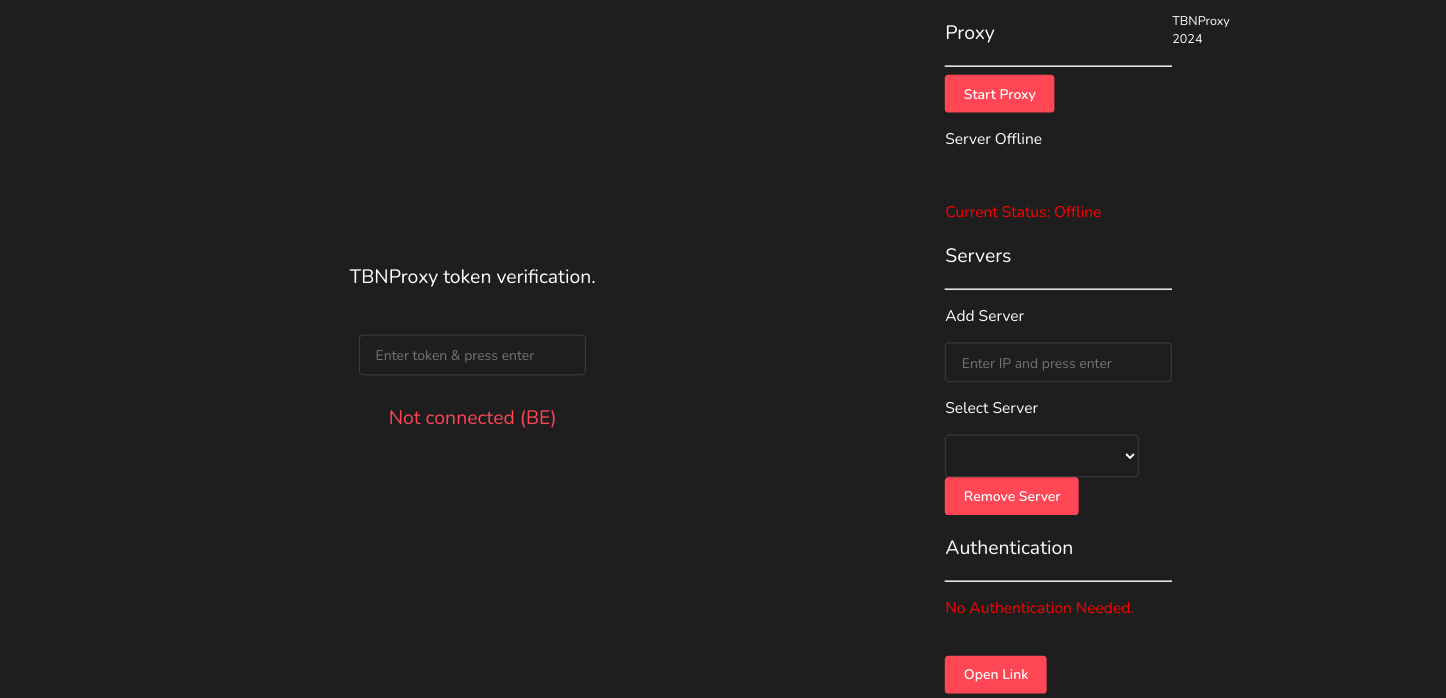
Repository: txdr/TBNProxyJS
Page: smdjd/desktop-views/index.html
These files come from the project's save history. The page is drawn as it stood at one moment and after the next save; the edit follows.
The browser window is 1280 px wide. The page is 1280 px wide, then 1491 px, so the pictures cover 1491 px, including what lies to the right of the window. The pictures show the whole page, at 97% of full size.
The page's requests for data from a server got no answer.

Above is the page before, as saved 2025-01-07 16:38:16.
Console error: TypeError: Cannot read properties of undefined (reading 'value')

After the next save:
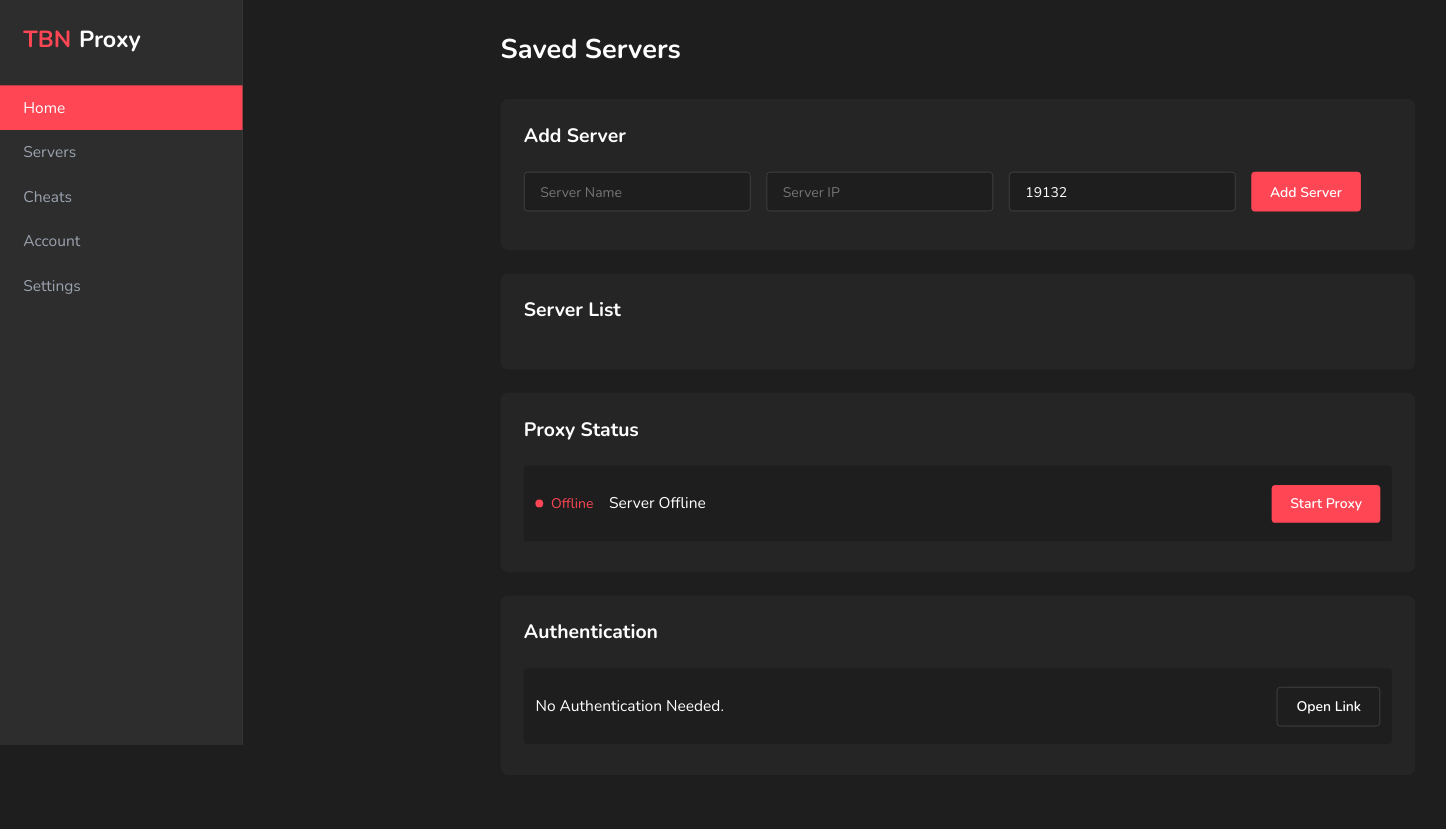
Console error: TypeError: Cannot read properties of null (reading 'addEventListener')
Saved 27 s later.
--- a/smdjd/desktop-views/index.html
+++ b/smdjd/desktop-views/index.html
@@ -10,37 +10,95 @@
 
 <body>
     <div id="token">
-        <p>TBNProxy token verification.</p> <br/>
-        <input id="tokenInput" placeholder="Enter token & press enter"> <br/>
+        <p>TBNProxy token verification</p>
+        <input id="tokenInput" placeholder="Enter token & press enter">
         <p id="verification-error">Not connected (BE)</p>
     </div>
 
+    <!-- Main Application Layout -->
     <div id="home">
-        <div id="proxy" class="infoBox">
-            <p style="font-size: 20px;">Proxy</p> <hr/>
-            <button id="proxyStart" onclick="proxyStart()">Start Proxy</button>
-            <p id="serverInfo">Server Offline</p> <br />
-            <p id="proxyStatus" style="color: red;">Current Status: Offline</p>
+        <!-- Sidebar Navigation -->
+        <div class="sidebar">
+            <div class="logo">
+                <span>TBN</span><span>Proxy</span>
+            </div>
+            <a href="#" class="nav-item active">
+                <span>Home</span>
+            </a>
+            <a href="#" class="nav-item">
+                <span>Servers</span>
+            </a>
+            <a href="#" class="nav-item">
+                <span>Cheats</span>
+            </a>
+            <a href="#" class="nav-item">
+                <span>Account</span>
+            </a>
+            <a href="#" class="nav-item">
+                <span>Settings</span>
+            </a>
         </div>
 
-        <div id="servers" class="infoBox">
-            <p style="font-size: 20px;">Servers</p> <hr/>
-            <p>Add Server</p>
-            <input id="addServer" placeholder="Enter IP and press enter">
-            <p>Select Server</p>
-            <select id="serverSelect"></select> <br/>
-            <button onclick="removeServer()">Remove Server</button>
+        <!-- Main Content Area -->
+        <div class="main-content">
+            <div class="content-header">
+                <h1>Saved Servers</h1>
+            </div>
+
+            <!-- Server Management Section -->
+            <div class="server-section">
+                <div class="server-header">
+                    <h2>Add Server</h2>
+                </div>
+                <div class="server-inputs">
+                    <input type="text" placeholder="Server Name" id="serverName">
+                    <input type="text" placeholder="Server IP" id="serverIP">
+                    <input type="text" placeholder="Port" id="serverPort" value="19132">
+                    <button onclick="addServer()">Add Server</button>
+                </div>
+            </div>
+
+            <!-- Server List Section -->
+            <div class="server-section">
+                <div class="server-header">
+                    <h2>Server List</h2>
+                </div>
+                <div class="server-list" id="serverList">
+                    <!-- Server items will be dynamically added here -->
+                </div>
+            </div>
+
+            <!-- Proxy Status Section -->
+            <div class="server-section">
+                <div class="server-header">
+                    <h2>Proxy Status</h2>
+                </div>
+                <div class="server-item">
+                    <div class="server-item-info">
+                        <div class="status-indicator status-offline" id="proxyStatus">Offline</div>
+                        <p id="serverInfo">Server Offline</p>
+                    </div>
+                    <div class="server-item-actions">
+                        <button id="proxyStart" onclick="proxyStart()">Start Proxy</button>
+                    </div>
+                </div>
+            </div>
+
+            <!-- Authentication Section -->
+            <div class="server-section">
+                <div class="server-header">
+                    <h2>Authentication</h2>
+                </div>
+                <div class="server-item">
+                    <div class="server-item-info">
+                        <p id="authMessage">No Authentication Needed.</p>
+                    </div>
+                    <div class="server-item-actions">
+                        <button id="openLink" class="secondary">Open Link</button>
+                    </div>
+                </div>
+            </div>
         </div>
-
-        <div id="authentication" class="infoBox">
-            <p style="font-size: 20px;">Authentication</p> <hr/>
-            <p id="authMessage" style="color: red;">No Authentication Needed.</p> <br/>
-            <button id="openLink">Open Link</button>
-        </div>
-    </div>
-
-    <div class="footer">
-        <p style="font-size: 13px;">TBNProxy 2024</p>
     </div>
 
     <script src="https://cdnjs.cloudflare.com/ajax/libs/socket.io/4.8.1/socket.io.js"></script>
